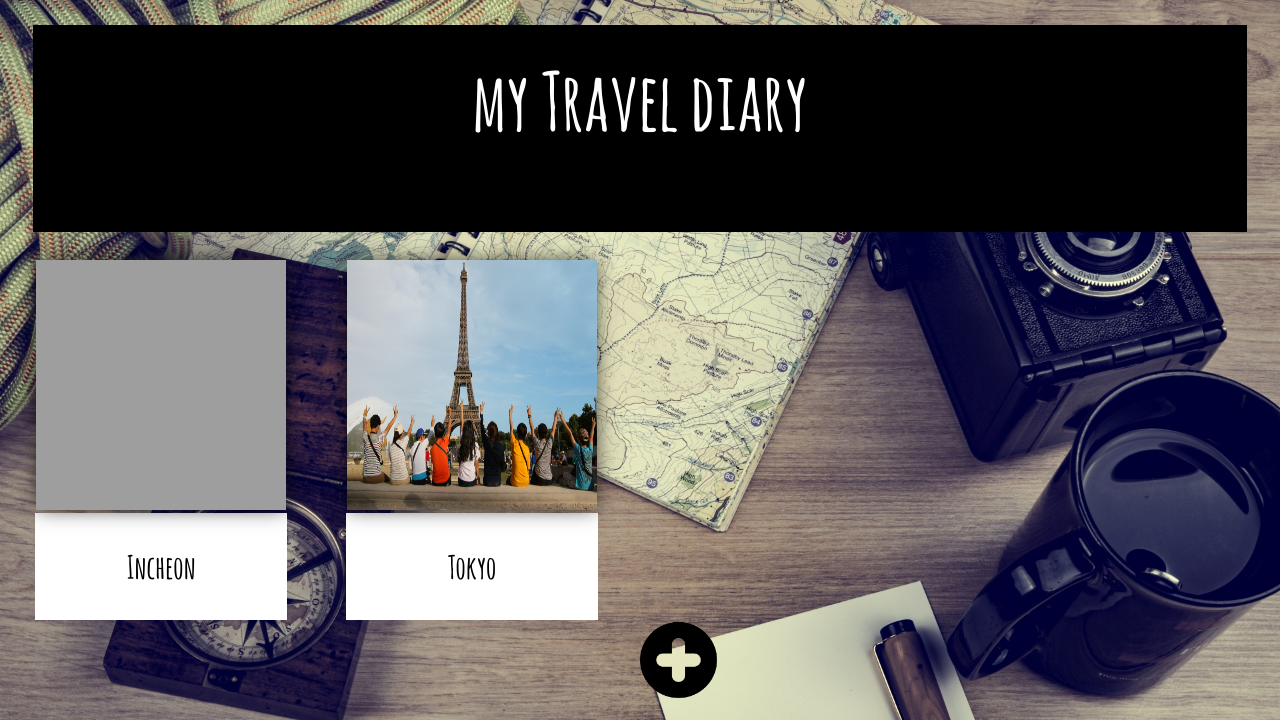
Repository: minkyung0421/jsp_travel_project
Page: http://localhost/Travel_Project/
An editor plug-in stored every save of this project. The page is shown before and after the next save, followed by the edit.
The browser window is 1280 px wide. The pictures show the whole page.
Pictures or frames that could not be fetched are drawn as grey boxes. The page is served by Tomcat 9.

Above is the page before, as saved 2018-08-21 05:21:48.

After the next save:
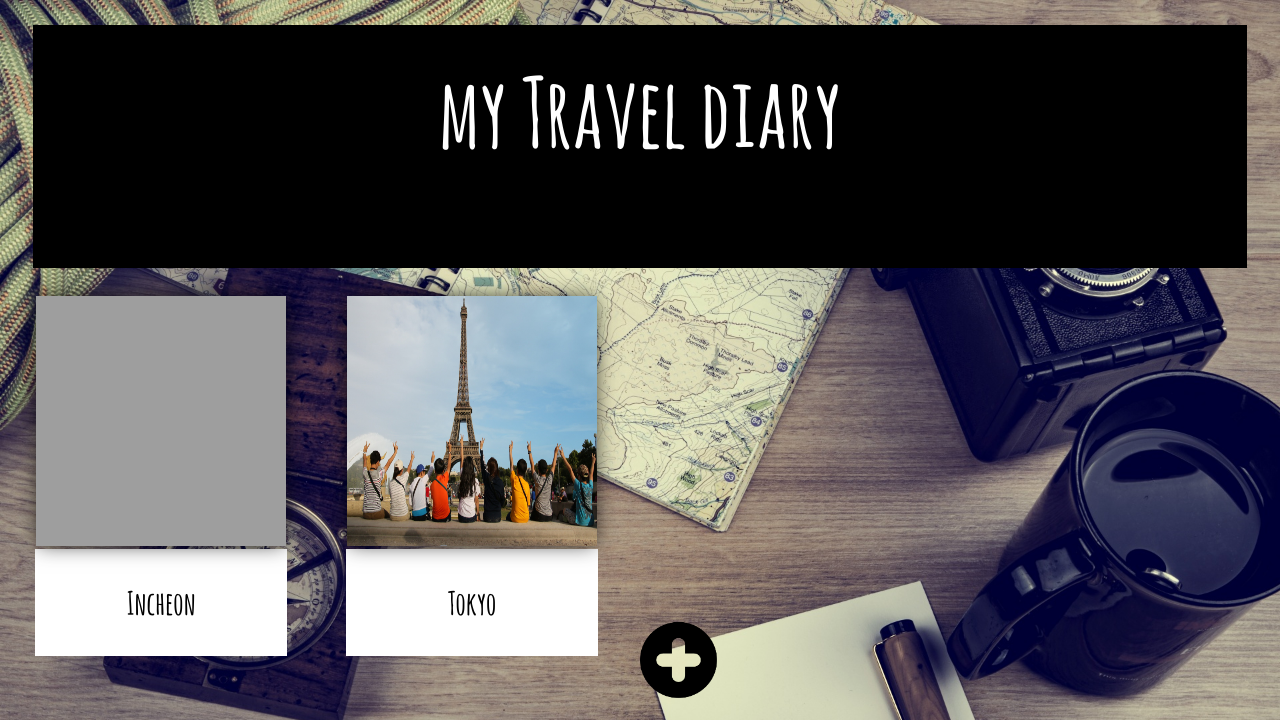
Saved 7 s later.
--- a/jsp_travel_project/Travel_Project/WebContent/index.jsp
+++ b/jsp_travel_project/Travel_Project/WebContent/index.jsp
@@ -28,7 +28,7 @@ table{
 
 .font2{
 	font-family: amaticsc-bold;
-	font-size: 5em;
+	font-size: 6em;
 	color: white;
 	margin-top: 2%;
 }
